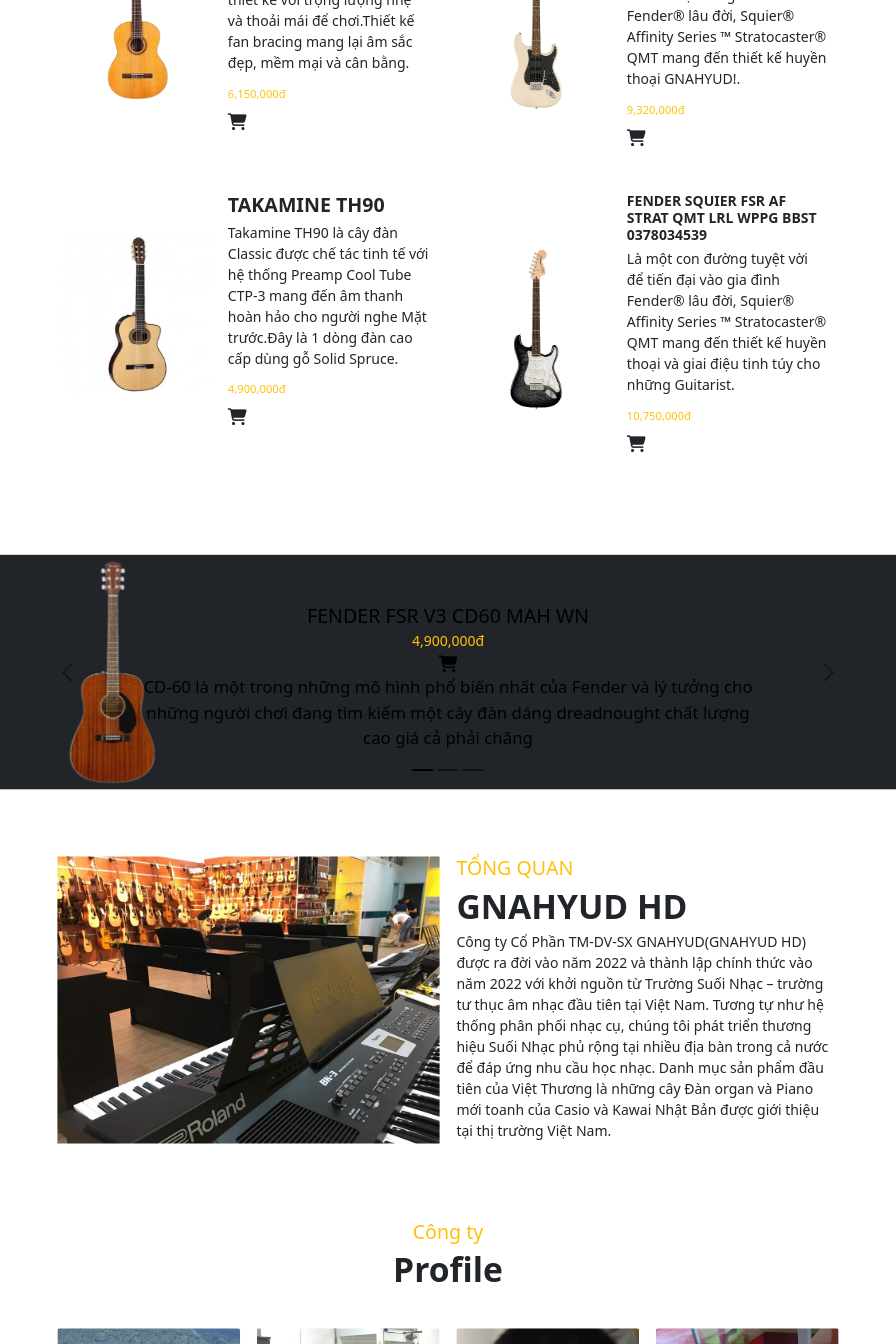
Repository: HoangDuy315/guitar
Page: index.html
These files come from the project's save history. The page is drawn as it stood at one moment and after the next save; the edit follows.
The browser window is 1280 px wide. The pictures show the part of the page from y = 1391 to 3311 px (the page is 4869 px tall), at 70% of full size.
Some web libraries are served in a nearby version.

Above is the page before, as saved 2022-09-17 20:10:41.

After the next save:
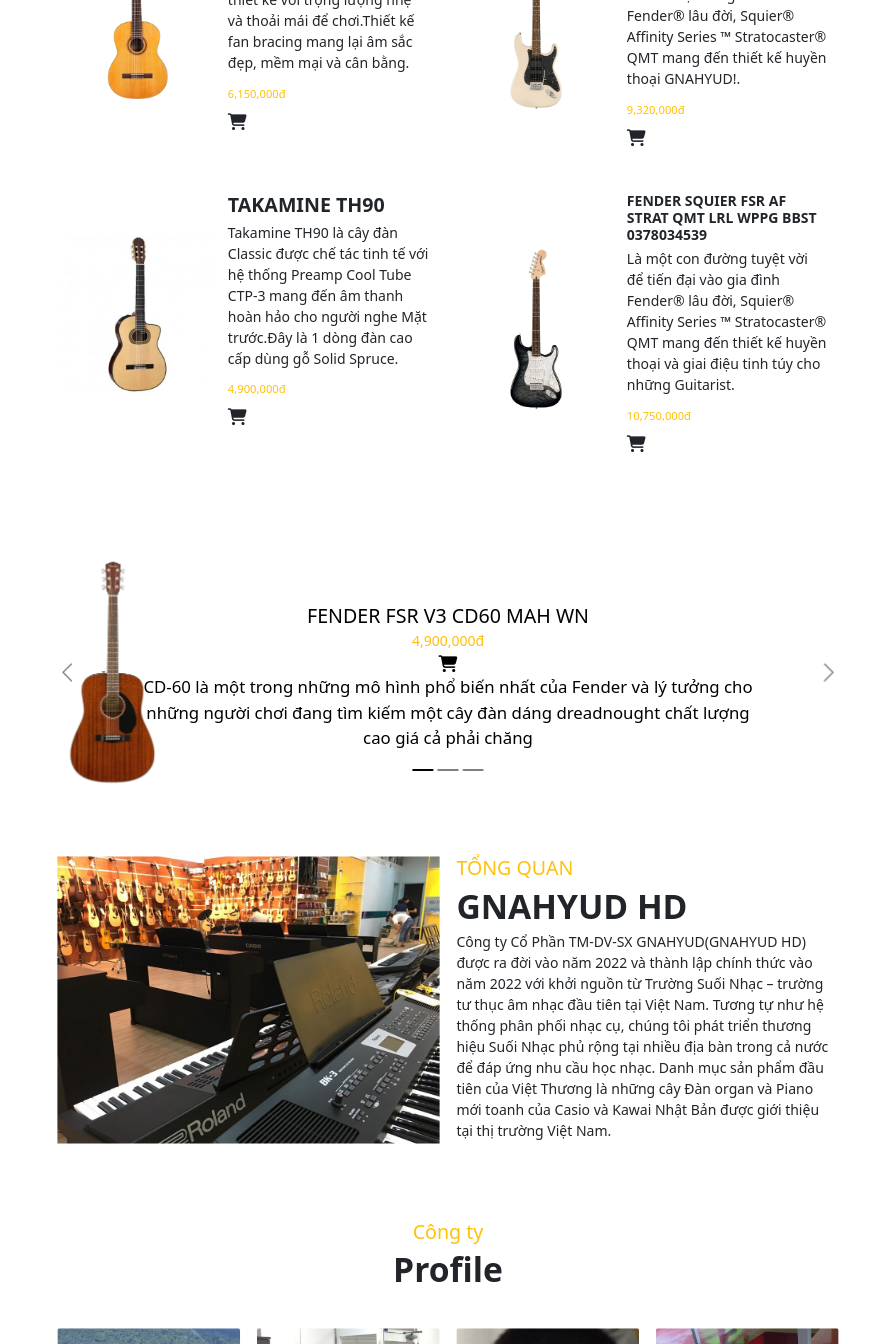
Saved 17 s later.
--- a/index.html
+++ b/index.html
@@ -197,7 +197,7 @@
     </section>
 
      <!-- Carousel -->
-     <div id="carouselExampleDark" class="carousel carousel-dark bg-dark slide" data-bs-ride="carousel">
+     <div id="carouselExampleDark" class="carousel carousel-dark  slide" data-bs-ride="carousel">
       <div class="carousel-indicators">
         <button type="button" data-bs-target="#carouselExampleDark" data-bs-slide-to="0" class="active" aria-current="true" aria-label="Slide 1"></button>
         <button type="button" data-bs-target="#carouselExampleDark" data-bs-slide-to="1" aria-label="Slide 2"></button>
